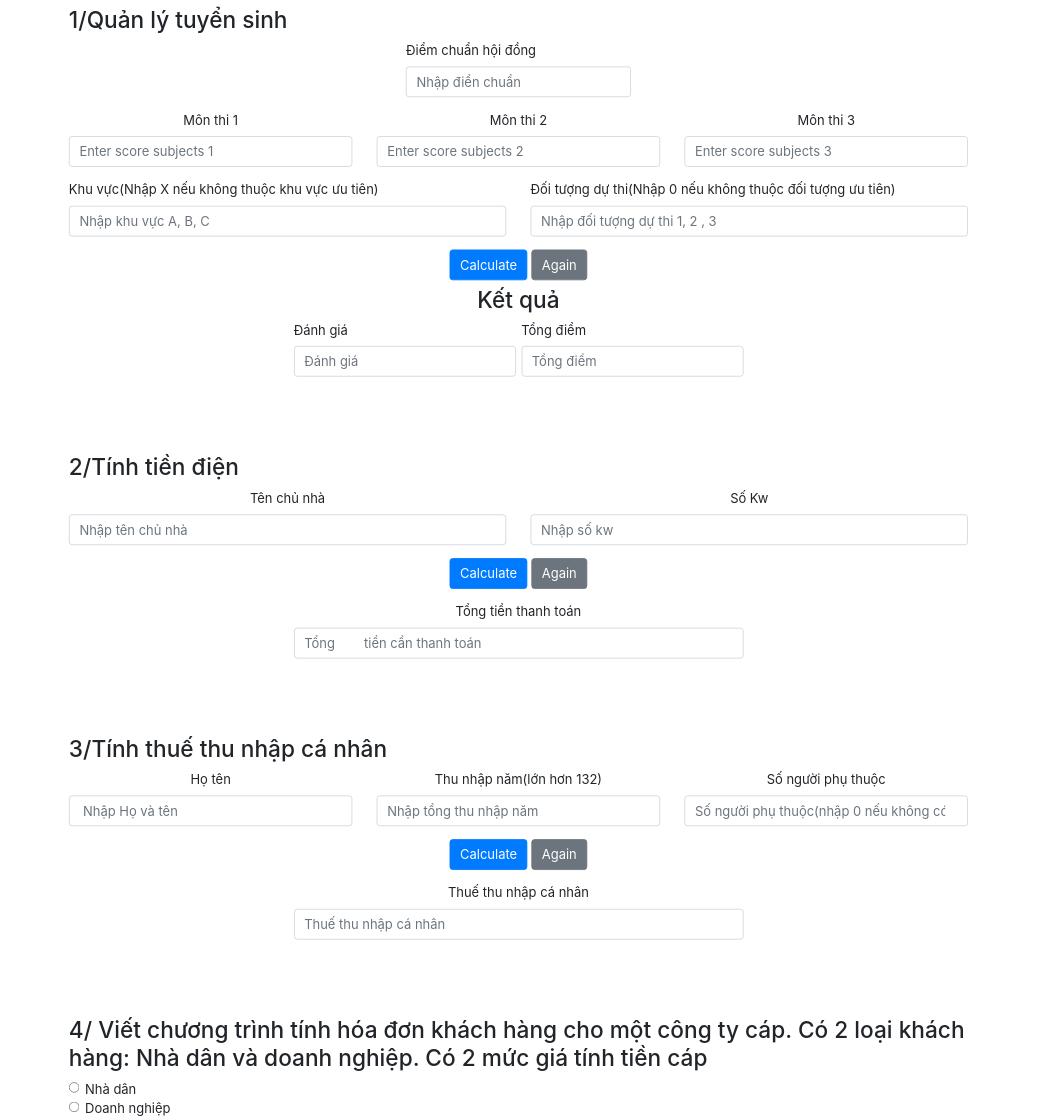
Repository: baobaodeveloper/bootcamp21__jsbasic4_HuynhAnhBao
Page: index.html
The author's editor kept a copy of each file at every save. The page is drawn from the files as they stood at one save, then again after the next save.
The browser window is 1280 px wide. The pictures show the whole page, at 81% of full size.

Above is the page before, as saved 2022-03-13 23:07:26.

After the next save:
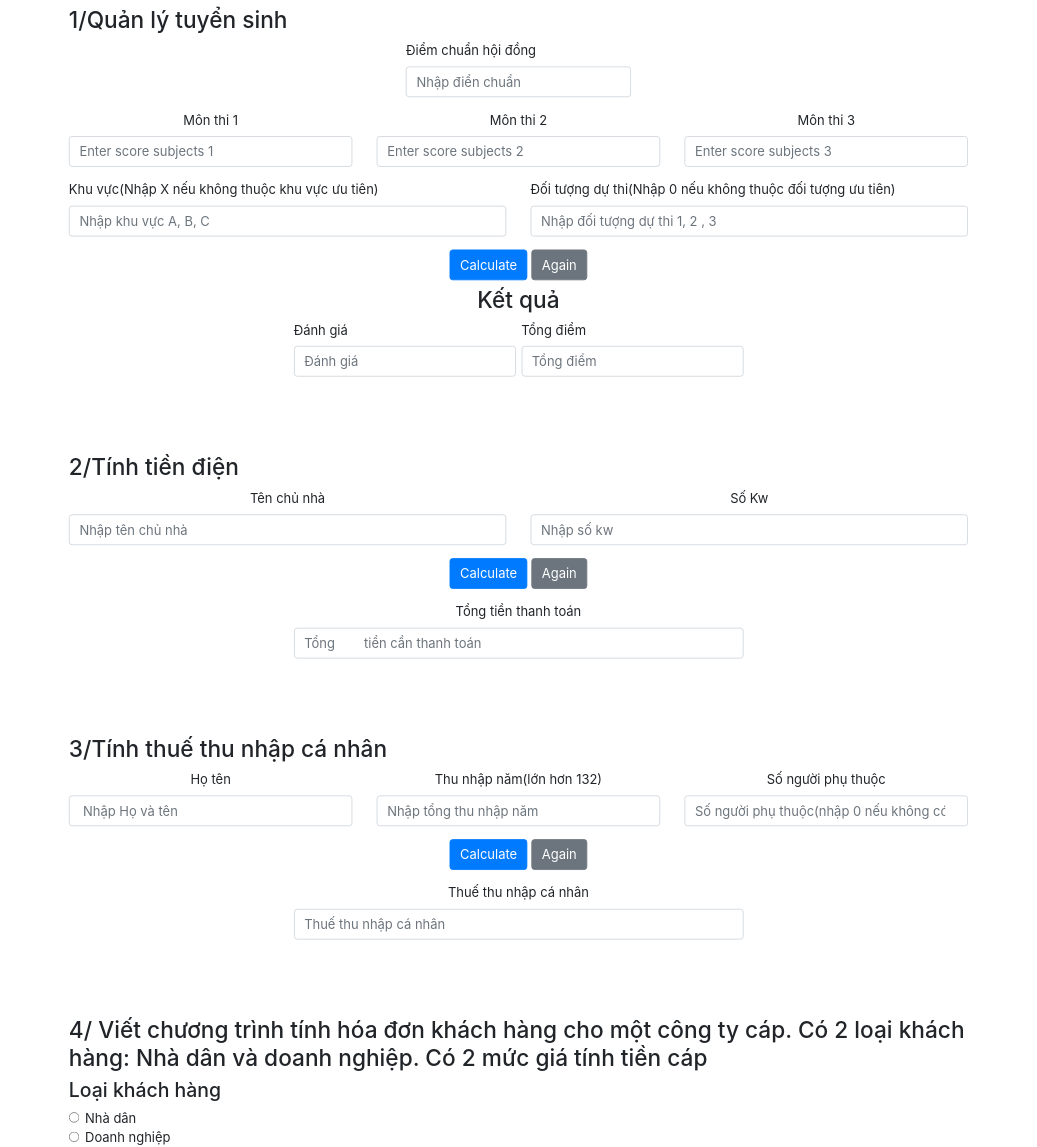
Saved 25 s later.
--- a/index.html
+++ b/index.html
@@ -228,6 +228,7 @@
         4/ Viết chương trình tính hóa đơn khách hàng cho một công ty cáp. Có 2
         loại khách hàng: Nhà dân và doanh nghiệp. Có 2 mức giá tính tiền cáp
       </h3>
+      <h4>Loại khách hàng</h4>
       <div class="form-check">
         <input
           class="form-check-input"
